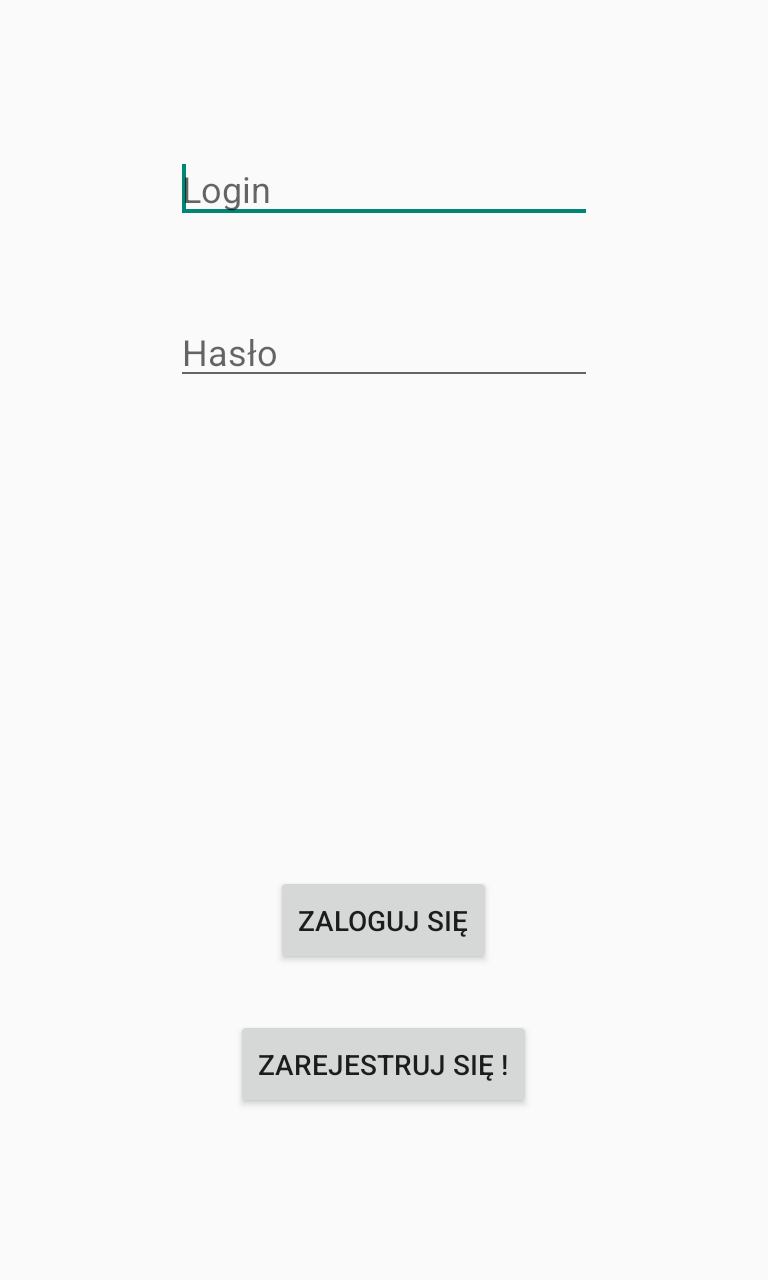
Repository: Radioaktywny/MaciekJava
Layout: ZnajdzTo/res/layout/activity_main.xml
An editor plug-in stored every save of this project. The layout is shown before and after the next save, followed by the edit.
It is drawn on a 768 x 1280 px phone screen (xhdpi) without system bars, with theme AppTheme; the app's code is not run.

Above is the layout before, as saved 2015-10-16 15:13:29.

After the next save:
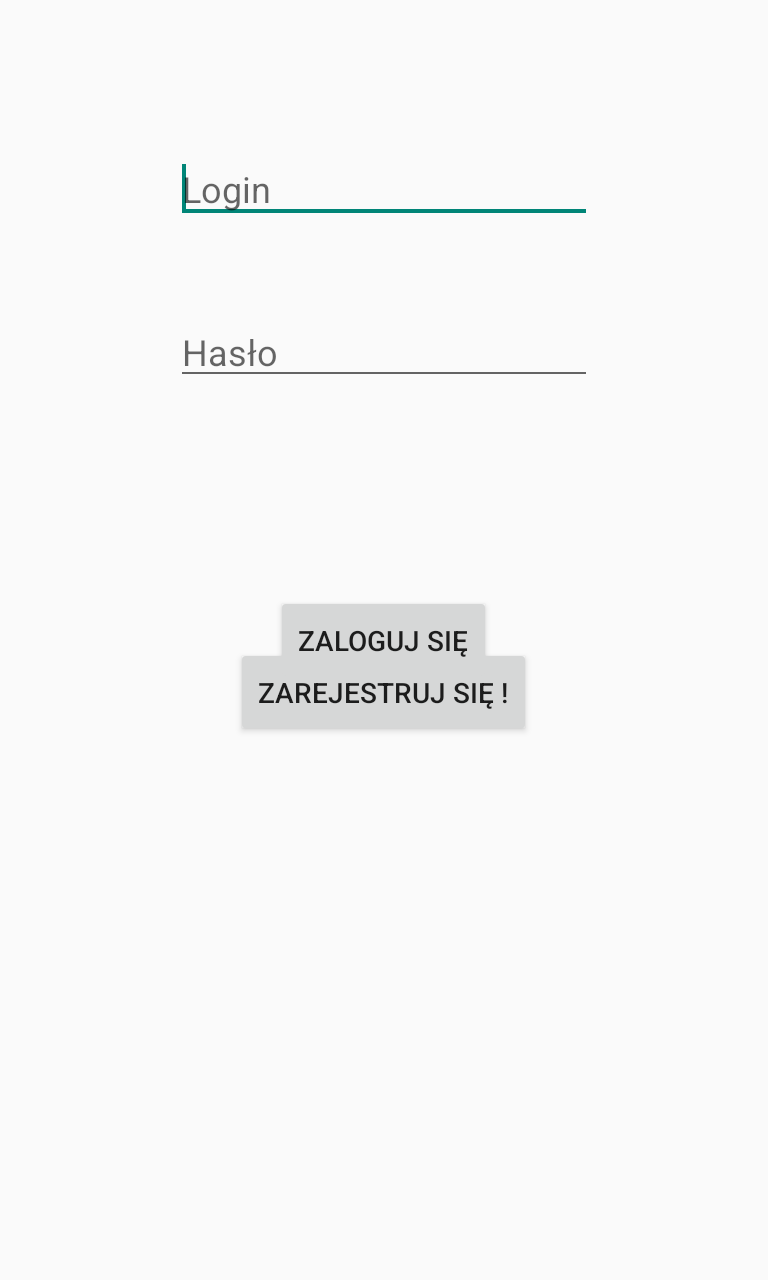
Saved 40 s later.
--- a/ZnajdzTo/res/layout/activity_main.xml
+++ b/ZnajdzTo/res/layout/activity_main.xml
@@ -7,25 +7,6 @@
     android:paddingRight="@dimen/activity_horizontal_margin"
     android:paddingTop="@dimen/activity_vertical_margin"
     tools:context="com.example.znajdzto.MainActivity" >
-
-    <Button
-        android:id="@+id/button_rejestracja"
-        android:layout_width="wrap_content"
-        android:layout_height="wrap_content"
-        android:layout_alignParentBottom="true"
-        android:layout_centerHorizontal="true"
-        android:layout_marginBottom="68dp"
-        android:text="@string/rejestracja"
-    	android:onClick="ladujDrugaAktywnosc"
-												/>
-    <Button
-        android:id="@+id/button_zaloguj"
-        android:layout_width="wrap_content"
-        android:layout_height="wrap_content"
-        android:layout_above="@+id/button_rejestracja"
-        android:layout_centerHorizontal="true"
-        android:layout_marginBottom="24dp"
-        android:text="@string/zaloguj" />
 
     <EditText
         android:id="@+id/text_login"
@@ -51,4 +32,22 @@
         android:hint="@string/haslo"
         android:inputType="textPassword" />
 
+    <Button
+        android:id="@+id/button_rejestracja"
+        android:layout_width="wrap_content"
+        android:layout_height="wrap_content"
+        android:layout_below="@+id/text_haslo"
+        android:layout_centerHorizontal="true"
+        android:layout_marginTop="127dp"
+        android:onClick="ladujDrugaAktywnosc"
+        android:text="@string/rejestracja" />
+
+    <Button
+        android:id="@+id/button_zaloguj"
+        android:layout_width="wrap_content"
+        android:layout_height="wrap_content"
+        android:layout_centerHorizontal="true"
+        android:layout_centerVertical="true"
+        android:text="@string/zaloguj" />
+
 </RelativeLayout>
